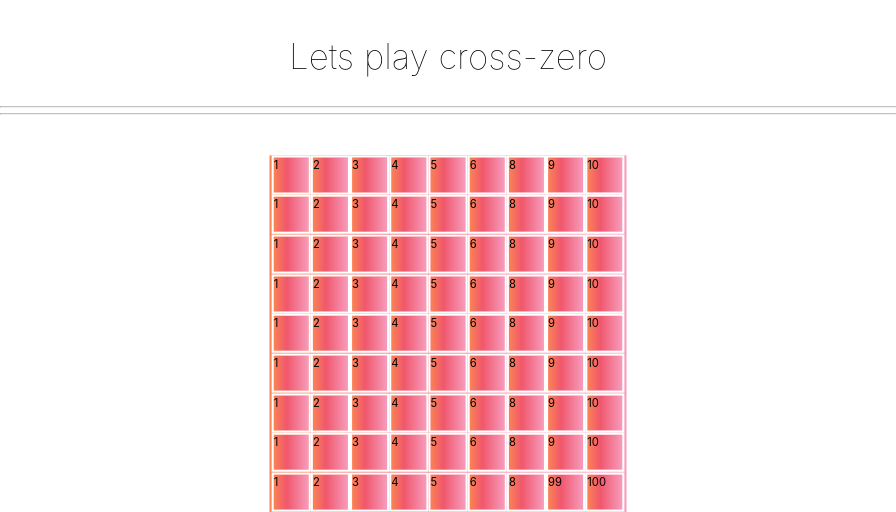
Repository: PGVlasov/cross-zero-game
Page: /
An editor plug-in stored every save of this project. The page is shown before and after the next save, followed by the edit.
The browser window is 1280 px wide. The pictures show the part of the page from y = 0 to 1920 px (the page is 732 px tall before and 4708 px after), at 70% of full size.
The project was rebuilt for these pictures with package versions that can differ from the ones it lists, and the page was loaded fresh each time. Also part of the build but not shown: webpack.config.js, src/Containers/Field/Field.module.css, src/Containers/Field/Field.js.

Above is the page before, as saved 2020-11-29 13:58:11.

After the next save:
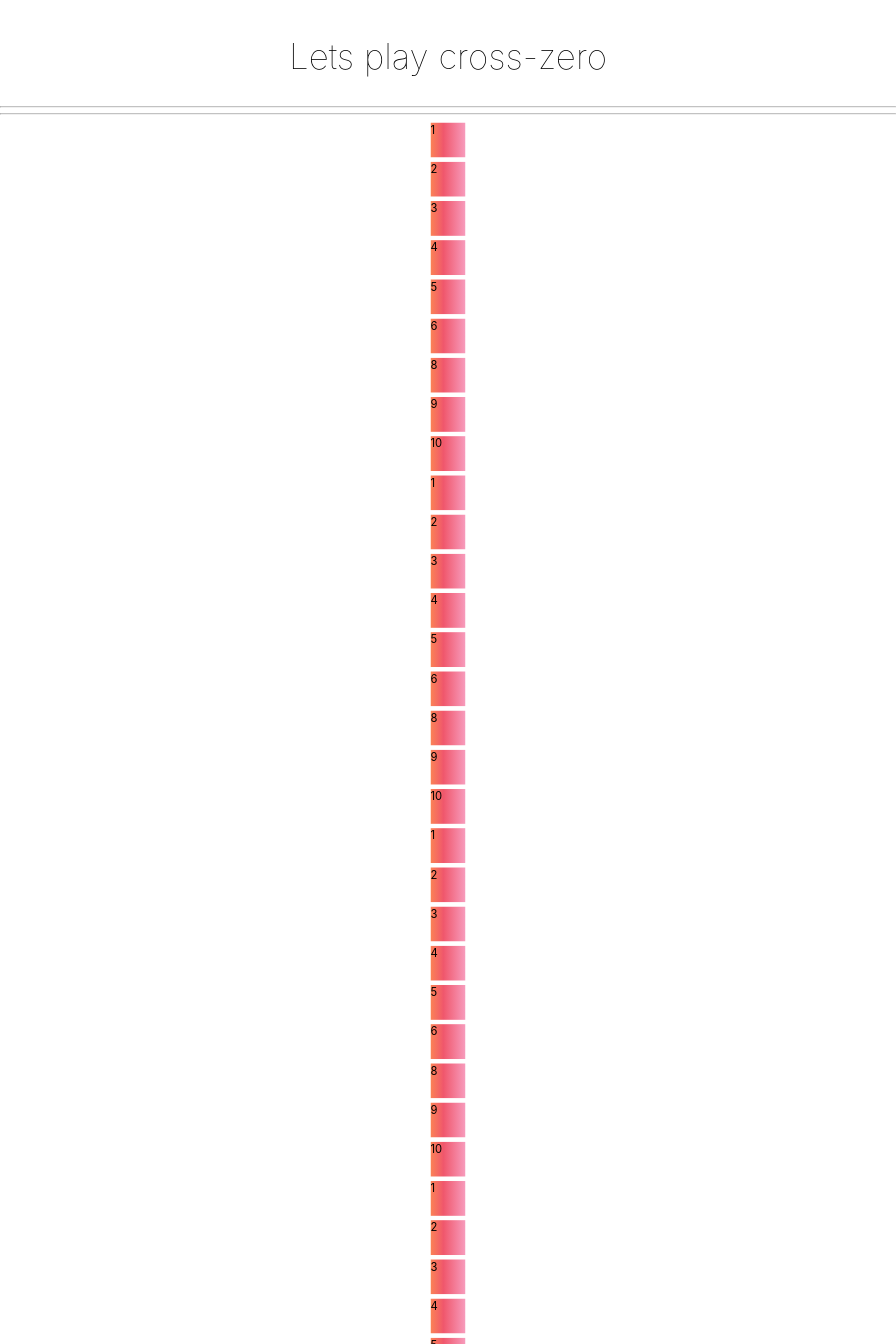
Saved 10 min 31 s later.
--- a/src/Containers/Field/Field1.js
+++ b/src/Containers/Field/Field1.js
@@ -19,7 +19,7 @@ class Field1 extends React.Component {
   render() {
     return (
       <div className={classes.conteiner}>
-        <div className={classes.Field1}>
+        <div className={classes.area}>
           <div className={classes.table}>1</div>
           <div className={classes.table}>2</div>
           <div className={classes.table}>3</div>

After the save that followed:
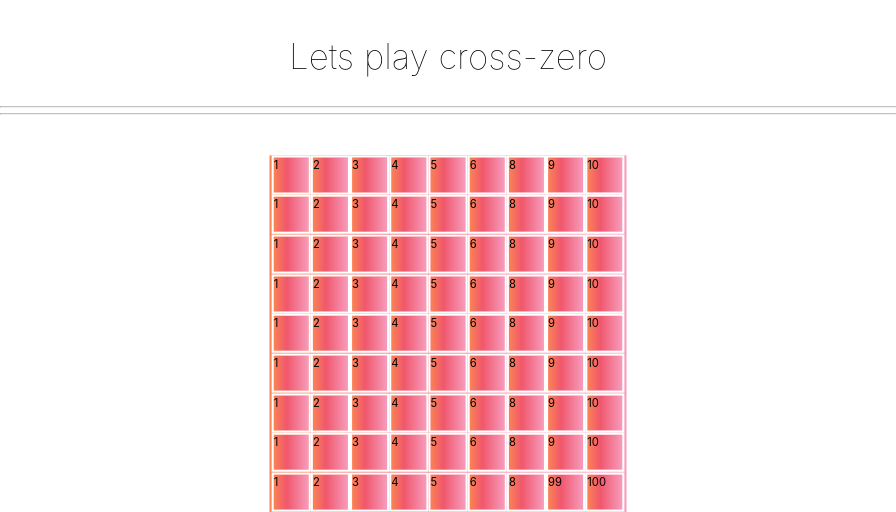
Saved 19 s later.
--- a/src/Containers/Field/Field1.module.css
+++ b/src/Containers/Field/Field1.module.css
@@ -1,4 +1,4 @@
-.Field1 {
+.area {
   width: 510px;
   height: 510px;
   max-width: 510px;
